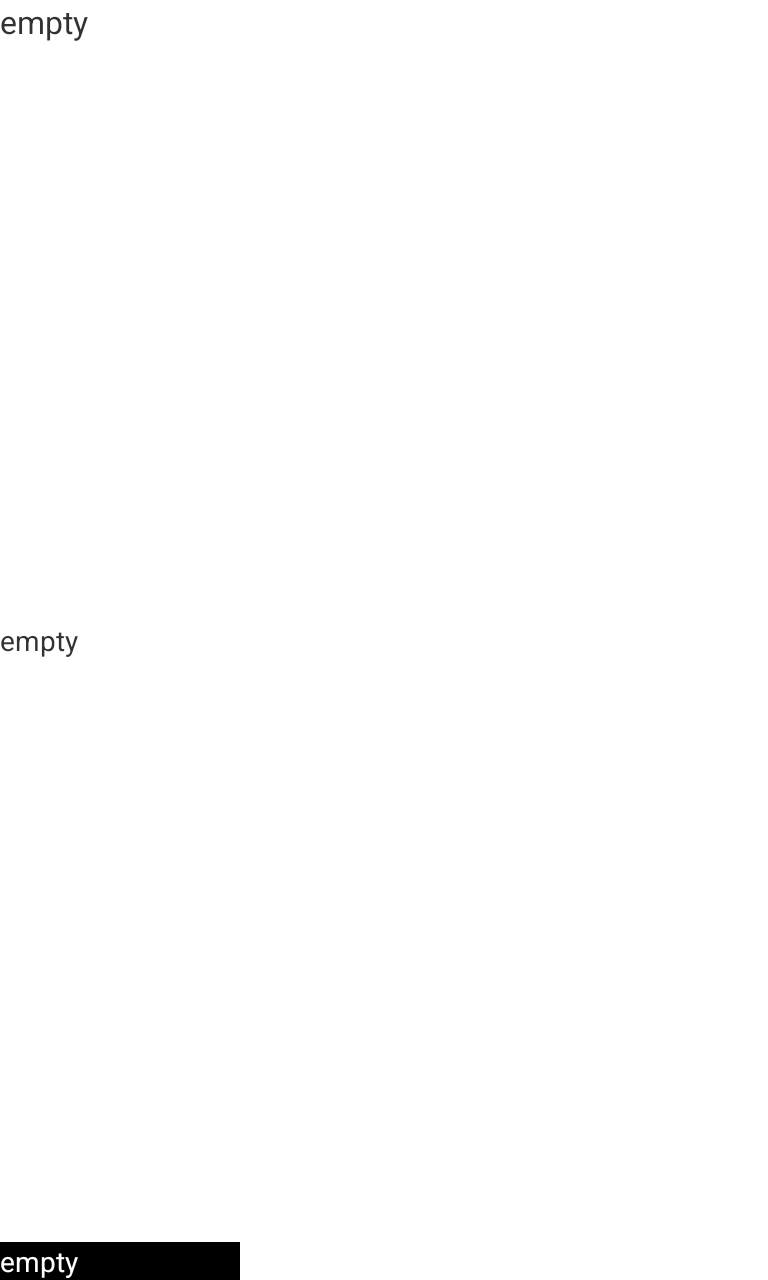
Repository: ironlulu/FloraSG
Layout: floraSG/res/layout/search_result_row.xml
The author's editor kept a copy of each file at every save. The layout is drawn from the files as they stood at one save, then again after the next save.
It is drawn on a 768 x 1280 px phone screen (xhdpi) without system bars, with theme AppTheme; the app's code is not run.

Above is the layout before, as saved 2014-03-01 17:27:00.

After the next save:
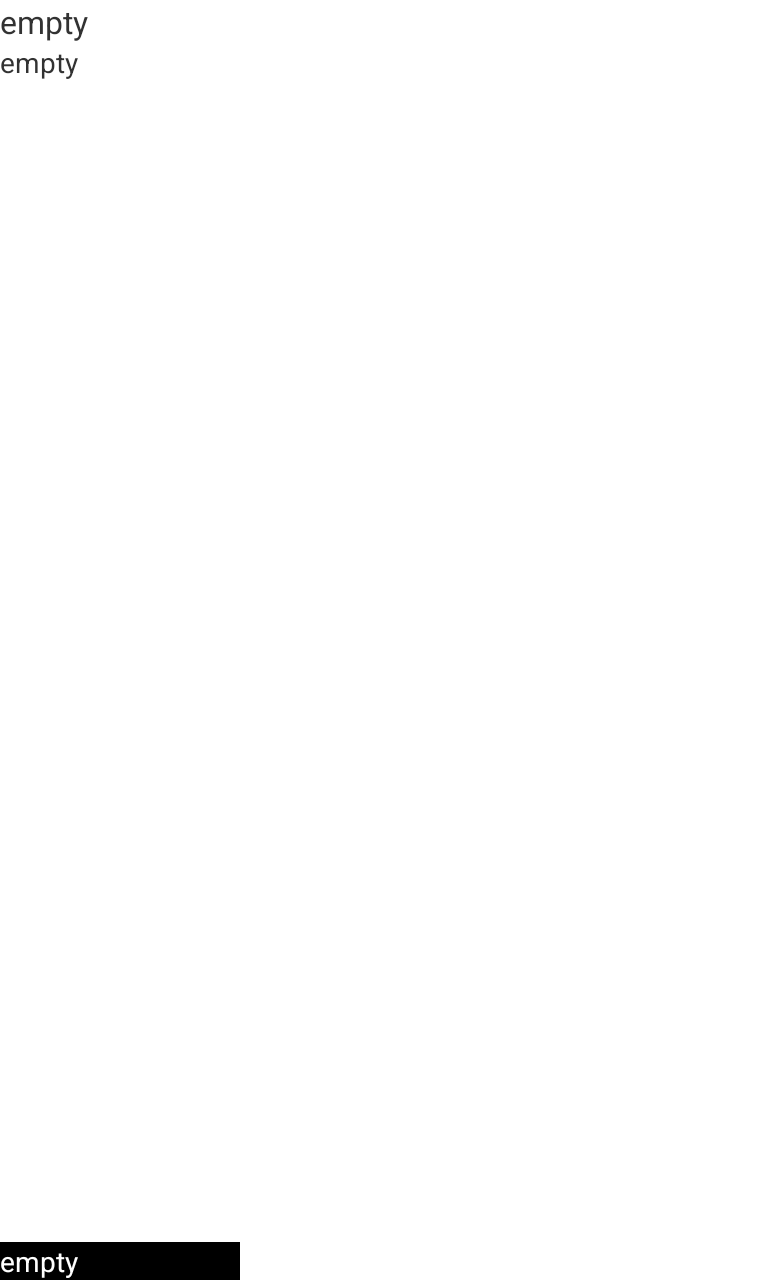
Saved 3 min 7 s later.
--- a/floraSG/res/layout/search_result_row.xml
+++ b/floraSG/res/layout/search_result_row.xml
@@ -16,8 +16,7 @@
         <TextView
             android:id="@+id/sciNameTextView"
             android:layout_width="120dp"
-            android:layout_height="0dp"
-            android:layout_weight="1"
+            android:layout_height="wrap_content"
             android:clickable="true"
             android:text="empty"
             android:textIsSelectable="true"
